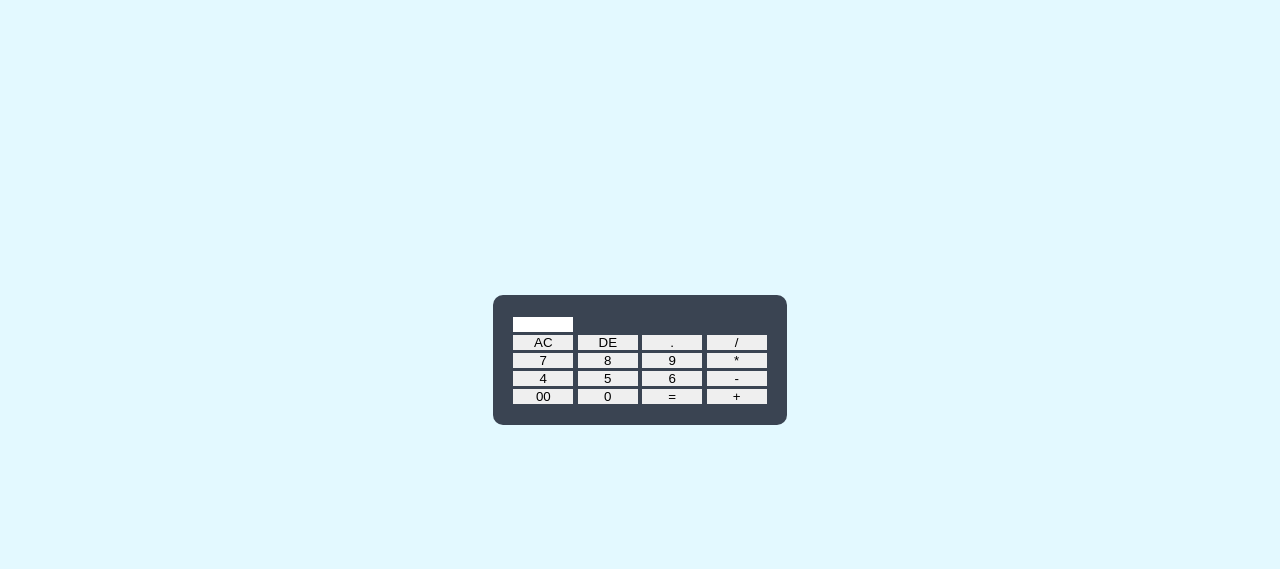
Repository: YAAMAR/calculator
Page: index.html
An editor plug-in stored every save of this project. The page is shown before and after the next save, followed by the edit.
The browser window is 1280 px wide. The pictures show the whole page.

Above is the page before, as saved 2024-05-02 21:30:57.

### index.html
<!DOCTYPE html>
<html lang="en">
<head>
    <meta charset="UTF-8">
    <meta name="viewport" content="width=device-width, initial-scale=1.0">
    <title>Calculator using javascript-Easy Tutorials</title>
    <link rel="stylesheet" href="style.css">
</head>
<body>
    <div class="container">
        <div class="calculator">
            <form >
                <div>
                    <input type="text" name="display">

                </div>
                <div>
                    <input type="button" value="AC">
                    <input type="button" value="DE">
                    <input type="button" value=".">
                    <input type="button" value="/">
                    <div>
                        <input type="button" value="7">
                        <input type="button" value="8">
                        <input type="button" value="9">
                        <input type="button" value="*">
                    </div>
                    <div>
                        <input type="button" value="4">
                        <input type="button" value="5">
                        <input type="button" value="6">
                        <input type="button" value="-"></div>
                </div>
                <div>
                      <input type="button" value="00">
                    <input type="button" value="0">
                    <input type="button" value="=">
                    <input type="button" value="+"></div>
            </form>
        </div>

    </div>
</body>
</html>

### style.css
*{
    margin: 0;
    padding: 0;
    font-family: 'poppies',sans-serif;
    box-sizing: border-box;
}
.container{
    width: 100%;
    height: 100vh;
    background: #e3f9ff;
    display: flex;
    align-items: center;
    justify-content: center;
}
.calculator{
    background: #3a4452;
    padding: 20px;
    border-radius: 10px;
}
.calculator form input{
    border: 0;
    outline: 0;
    width: 60px;
    height: ;
}

After the next save:
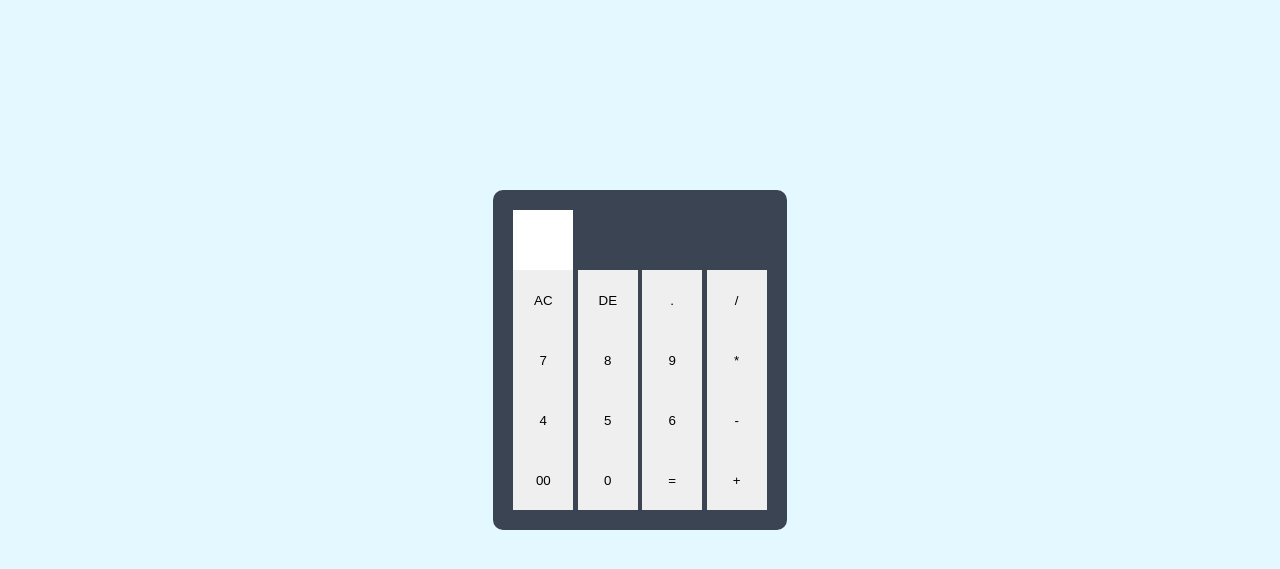
Saved 4 s later.
--- a/style.css
+++ b/style.css
@@ -21,5 +21,5 @@
     border: 0;
     outline: 0;
     width: 60px;
-    height: ;
+    height: 60px;
 }
